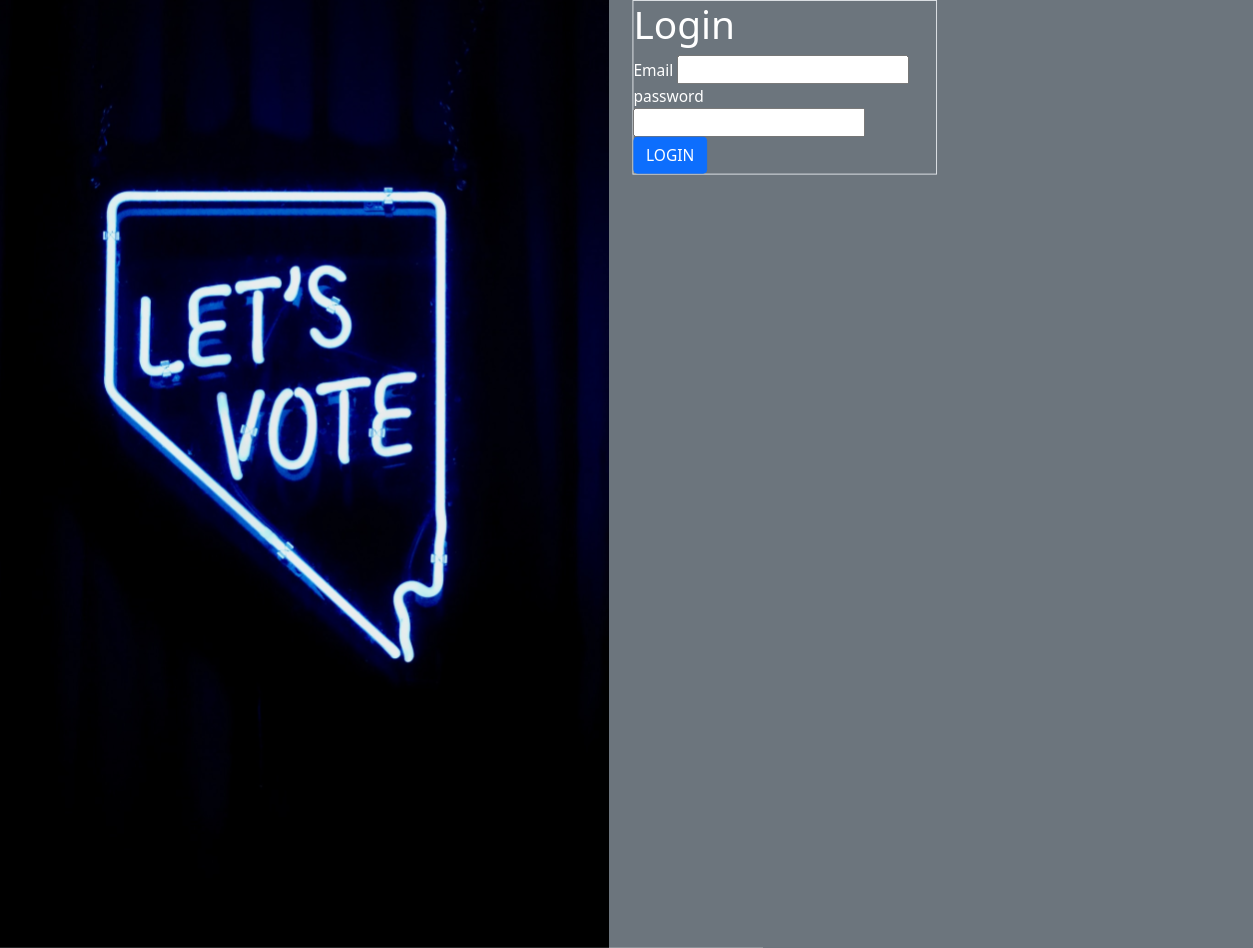
Repository: DavidManiIbrahim/Voting-app
Page: Login.html
An editor plug-in stored every save of this project. The page is shown before and after the next save, followed by the edit.
The browser window is 1280 px wide. The page is 1292 px wide, so the pictures cover 1292 px, including what lies to the right of the window. The pictures show the whole page, at 97% of full size.

Above is the page before, as saved 2025-01-18 06:52:39.

### Login.html
<!DOCTYPE html>
<html lang="en">
<head>
    <meta charset="UTF-8">
    <meta name="viewport" content="width=device-width, initial-scale=1.0">
    <title>Login Page</title>
    <link rel="stylesheet" href="./bootstrap.css">
</head>
<body>

<div class="row bg-secondary">
    <div class="col-md">
        <img src="./unsplash_LA1VawaCjjI.svg" alt="login image" class="img-fluid">
    </div>
    <div class="col-md text-white align-items-center">
        <form action="" class="w-50 border">
            <h1>Login</h1>
            <label for="email">Email
                <input type="text">
            </label> <br>
            <label for="password">password
                <input type="password">
            </label> <br>
            <button class="btn btn-primary">LOGIN</button>
        </form>
    </div>
</div>








<script src="./bootstrap.min.js"></script>
</body>
</html>

Loaded but not shown: bootstrap.css (library); bootstrap.min.js (library)

After the next save:
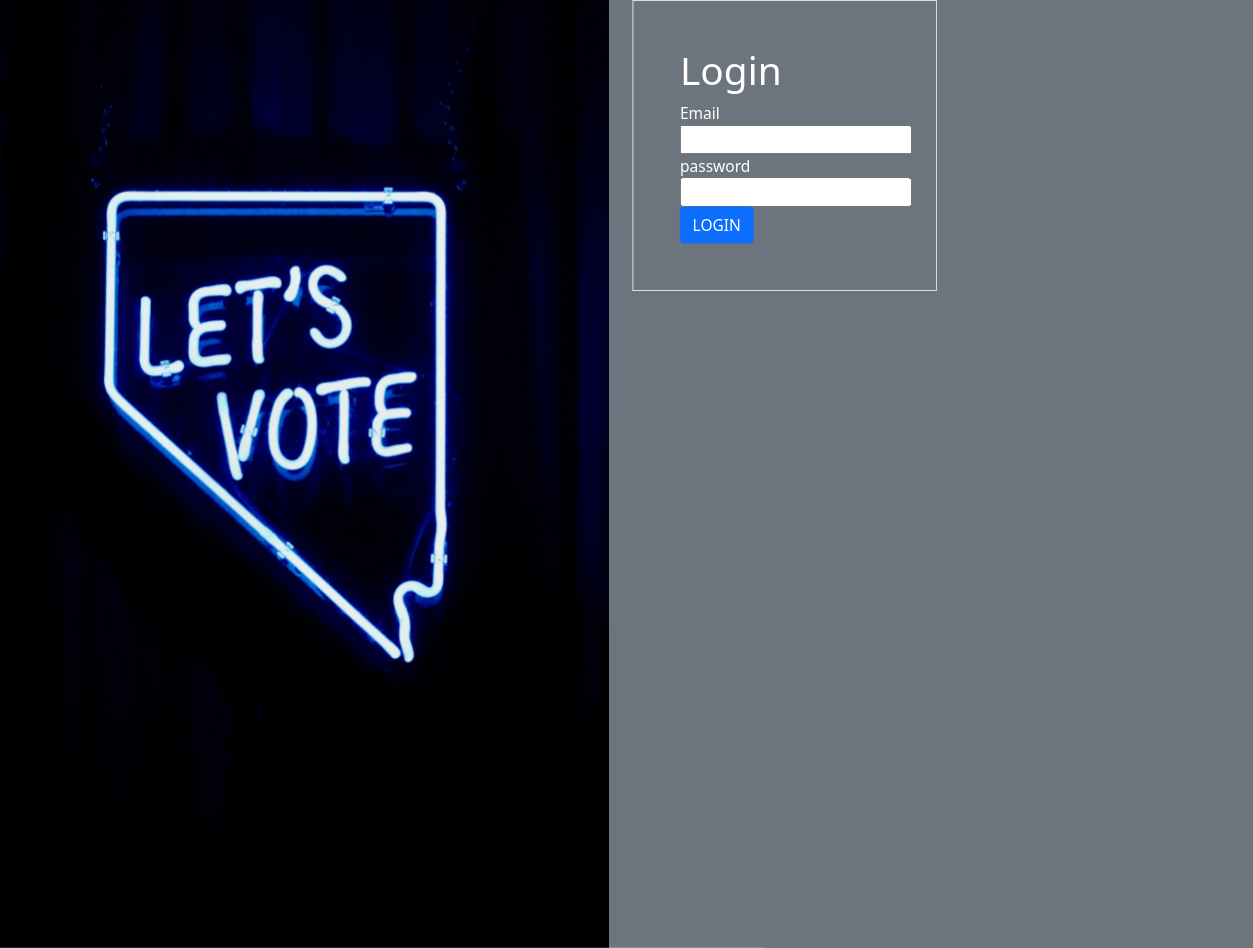
Saved 10 s later.
--- a/Login.html
+++ b/Login.html
@@ -13,7 +13,7 @@
         <img src="./unsplash_LA1VawaCjjI.svg" alt="login image" class="img-fluid">
     </div>
     <div class="col-md text-white align-items-center">
-        <form action="" class="w-50 border">
+        <form action="" class="w-50 border p-5">
             <h1>Login</h1>
             <label for="email">Email
                 <input type="text">
